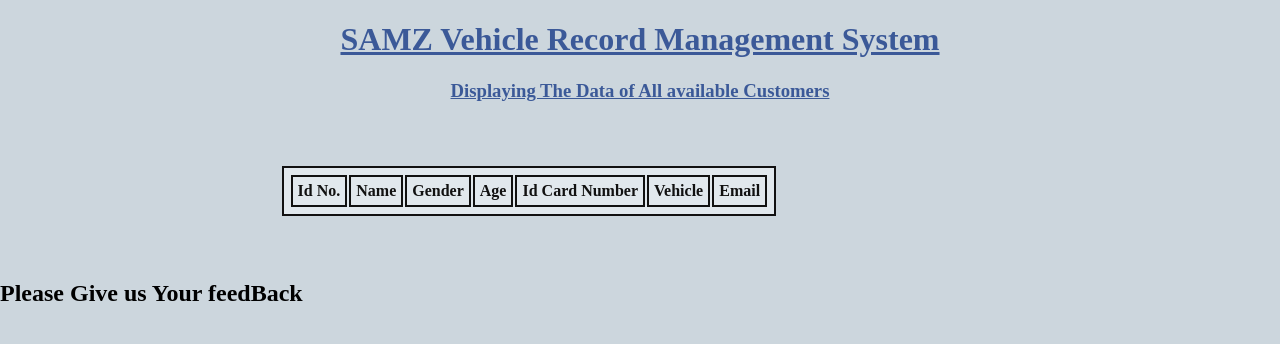
Repository: MUHAMMAD-SAQIB-2000/SpringBoot
Page: http://localhost/WebServiceRecordManagementSystem/CustomerList.jsp
An editor plug-in stored every save of this project. The page is shown before and after the next save, followed by the edit.
The browser window is 1280 px wide. The pictures show the whole page.
The page is served by Tomcat 9. The template is opened directly, without the code that normally fills it, so the values that code supplies are empty.

Above is the page before, as saved 2020-08-11 19:03:59.

After the next save:
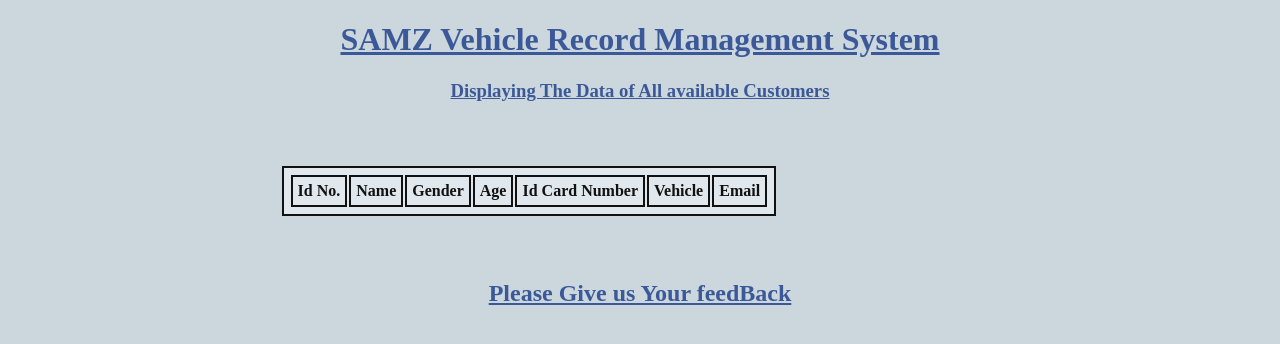
Saved 59 s later.
--- a/WebServiceRecordManagementSystem/src/main/webapp/CustomerList.jsp
+++ b/WebServiceRecordManagementSystem/src/main/webapp/CustomerList.jsp
@@ -67,7 +67,7 @@ table, th, td {
 	</div>
 	</main>
 	<footer>
-		<h2>Please Give us Your feedBack</h2>
+		<h2 class="h">Please Give us Your feedBack</h2>
 	</footer>
 </body>
 </html>
